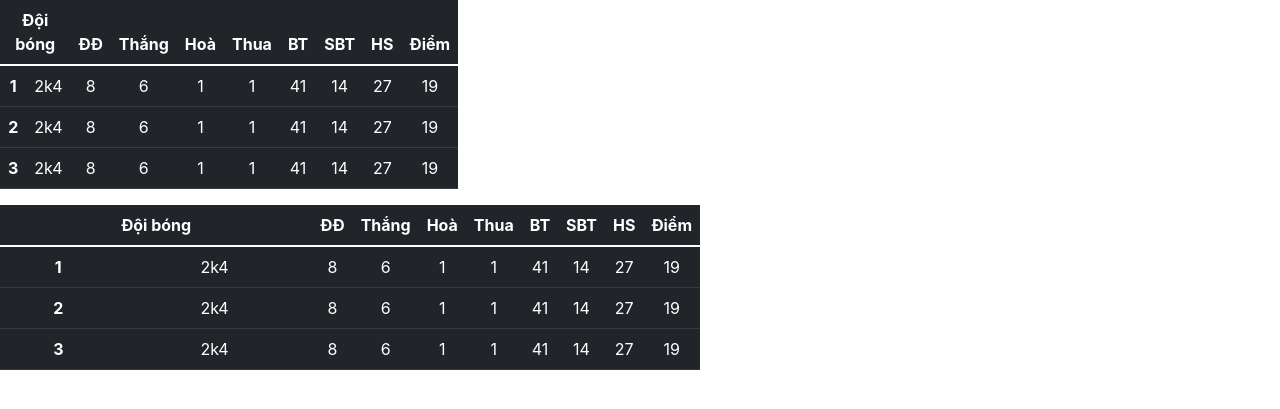
Repository: tuan842001/thulam
Page: /
These files come from the project's save history. The page is drawn as it stood at one moment and after the next save; the edit follows.
The browser window is 1280 px wide. The pictures show the whole page.
The project was rebuilt for these pictures with package versions that can differ from the ones it lists, and the page was loaded fresh each time.

Above is the page before, as saved 2022-01-11 15:04:48.

### public/index.html
<!DOCTYPE html>
<html lang="en">
  <head>
    <meta charset="utf-8" />
    <link rel="icon" href="%PUBLIC_URL%/favicon.ico" />
    <meta name="viewport" content="width=device-width, initial-scale=1" />
    <meta name="theme-color" content="#000000" />
    <meta
      name="description"
      content="Web site created using create-react-app"
    />

    <link href="https://cdn.jsdelivr.net/npm/bootstrap@5.1.3/dist/css/bootstrap.min.css" rel="stylesheet" integrity="sha384-1BmE4kWBq78iYhFldvKuhfTAU6auU8tT94WrHftjDbrCEXSU1oBoqyl2QvZ6jIW3" crossorigin="anonymous">
<script src="https://cdn.jsdelivr.net/npm/bootstrap@5.1.3/dist/js/bootstrap.bundle.min.js" integrity="sha384-ka7Sk0Gln4gmtz2MlQnikT1wXgYsOg+OMhuP+IlRH9sENBO0LRn5q+8nbTov4+1p" crossorigin="anonymous"></script>
    <title>React App</title>
  </head>
  <body>
    <noscript>You need to enable JavaScript to run this app.</noscript>
    <div id="root"></div>

  </body>
</html>

### src/App.js
import "./App.css";

function App() {
  return (
    <div className="App">
      <table
        className="table table-dark table-hover"
        style={{ width: "100px" }}
      >
        <thead>
          <tr>
            <th scope="col" colspan="2">
              Đội bóng
            </th>
            <th scope="col" className="hihi">
              ĐĐ
            </th>
            <th scope="col" className="hihi">
              Thắng
            </th>
            <th scope="col" className="hihi">
              Hoà
            </th>
            <th scope="col" className="hihi">
              Thua
            </th>
            <th scope="col" className="hihi">
              BT
            </th>
            <th scope="col" className="hihi">
              SBT
            </th>
            <th scope="col" className="hihi">
              HS
            </th>
            <th scope="col" className="hihi">
              Điểm
            </th>
          </tr>
        </thead>
        <tbody>
          <tr>
            <th scope="row">1</th>
            <td>2k4</td>
            <td>8</td>
            <td>6</td>
            <td>1</td>
            <td>1</td>
            <td>41</td>
            <td>14</td>
            <td>27</td>
            <td>19</td>
          </tr>
          <tr>
            <th scope="row">2</th>
            <td>2k4</td>
            <td>8</td>
            <td>6</td>
            <td>1</td>
            <td>1</td>
            <td>41</td>
            <td>14</td>
            <td>27</td>
            <td>19</td>
          </tr>
          <tr>
            <th scope="row">3</th>
            <td>2k4</td>
            <td>8</td>
            <td>6</td>
            <td>1</td>
            <td>1</td>
            <td>41</td>
            <td>14</td>
            <td>27</td>
            <td>19</td>
          </tr>
        </tbody>
      </table>
      <table
        className="table table-dark table-hover"
        style={{ width: "700px" }}
      >
        <thead>
          <tr>
            <th scope="col" colspan="2">
              Đội bóng
            </th>
            <th scope="col" className="hihi">
              ĐĐ
            </th>
            <th scope="col" className="hihi">
              Thắng
            </th>
            <th scope="col" className="hihi">
              Hoà
            </th>
            <th scope="col" className="hihi">
              Thua
            </th>
            <th scope="col" className="hihi">
              BT
            </th>
            <th scope="col" className="hihi">
              SBT
            </th>
            <th scope="col" className="hihi">
              HS
            </th>
            <th scope="col" className="hihi">
              Điểm
            </th>
          </tr>
        </thead>
        <tbody>
          <tr>
            <th scope="row">1</th>
            <td>2k4</td>
            <td>8</td>
            <td>6</td>
            <td>1</td>
            <td>1</td>
            <td>41</td>
            <td>14</td>
            <td>27</td>
            <td>19</td>
          </tr>
          <tr>
            <th scope="row">2</th>
            <td>2k4</td>
            <td>8</td>
            <td>6</td>
            <td>1</td>
            <td>1</td>
            <td>41</td>
            <td>14</td>
            <td>27</td>
            <td>19</td>
          </tr>
          <tr>
            <th scope="row">3</th>
            <td>2k4</td>
            <td>8</td>
            <td>6</td>
            <td>1</td>
            <td>1</td>
            <td>41</td>
            <td>14</td>
            <td>27</td>
            <td>19</td>
          </tr>
        </tbody>
      </table>
    </div>
  );
}

export default App;

### src/App.css
.App {
  text-align: center;
}

.App-logo {
  height: 40vmin;
  pointer-events: none;
}

@media (prefers-reduced-motion: no-preference) {
  .App-logo {
    animation: App-logo-spin infinite 20s linear;
  }
}

.App-header {
  background-color: #282c34;
  min-height: 100vh;
  display: flex;
  flex-direction: column;
  align-items: center;
  justify-content: center;
  font-size: calc(10px + 2vmin);
  color: white;
}

.App-link {
  color: #61dafb;
}

@keyframes App-logo-spin {
  from {
    transform: rotate(0deg);
  }

  to {
    transform: rotate(360deg);
  }
}

.hihi {
  width: 5%;
}

Loaded but not shown: src/index.js (common file); src/index.css (common file)

After the next save:
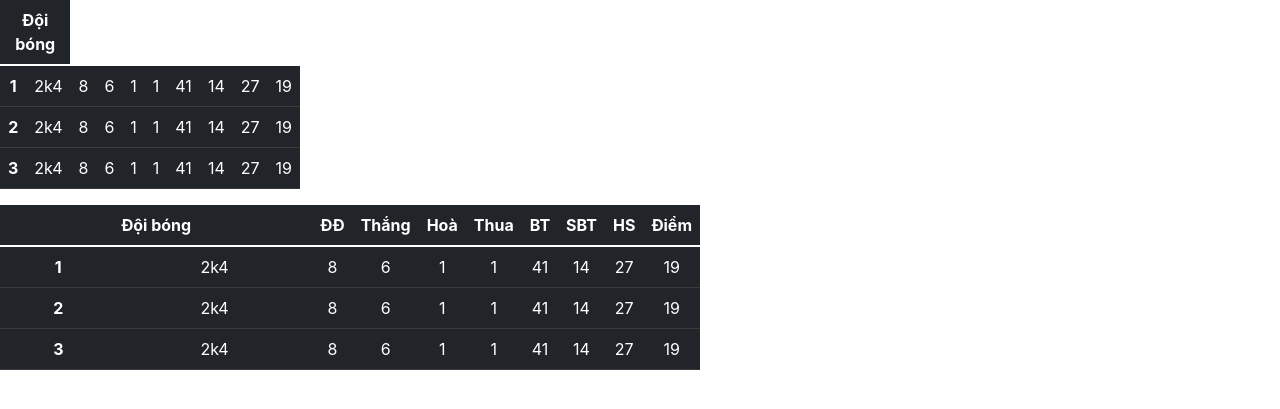
Saved 19 s later.
--- a/src/App.js
+++ b/src/App.js
@@ -11,30 +11,6 @@ function App() {
           <tr>
             <th scope="col" colspan="2">
               Đội bóng
-            </th>
-            <th scope="col" className="hihi">
-              ĐĐ
-            </th>
-            <th scope="col" className="hihi">
-              Thắng
-            </th>
-            <th scope="col" className="hihi">
-              Hoà
-            </th>
-            <th scope="col" className="hihi">
-              Thua
-            </th>
-            <th scope="col" className="hihi">
-              BT
-            </th>
-            <th scope="col" className="hihi">
-              SBT
-            </th>
-            <th scope="col" className="hihi">
-              HS
-            </th>
-            <th scope="col" className="hihi">
-              Điểm
             </th>
           </tr>
         </thead>
